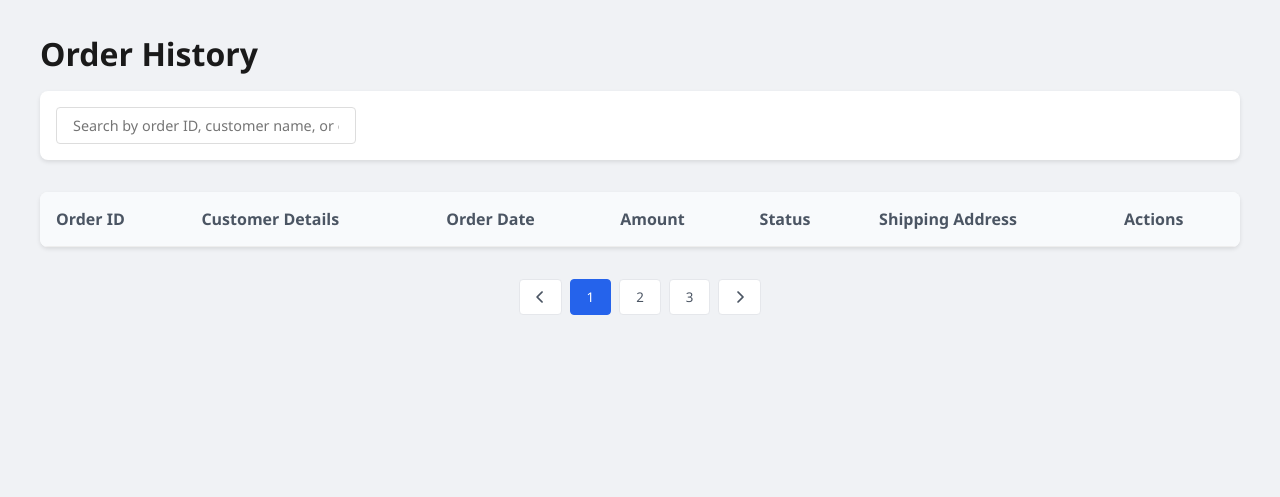
Repository: srikanth805/RevShopP2_Ecommerce
Page: http://localhost/orderHistoryForSeller
The author's editor kept a copy of each file at every save. The page is drawn from the files as they stood at one save, then again after the next save.
The browser window is 1280 px wide. The pictures show the whole page.
The page is this project's Thymeleaf template; nobody is signed in. The template is opened directly, without the code that normally fills it, so the values that code supplies are empty.

Above is the page before, as saved 2024-10-21 08:05:06.

After the next save:
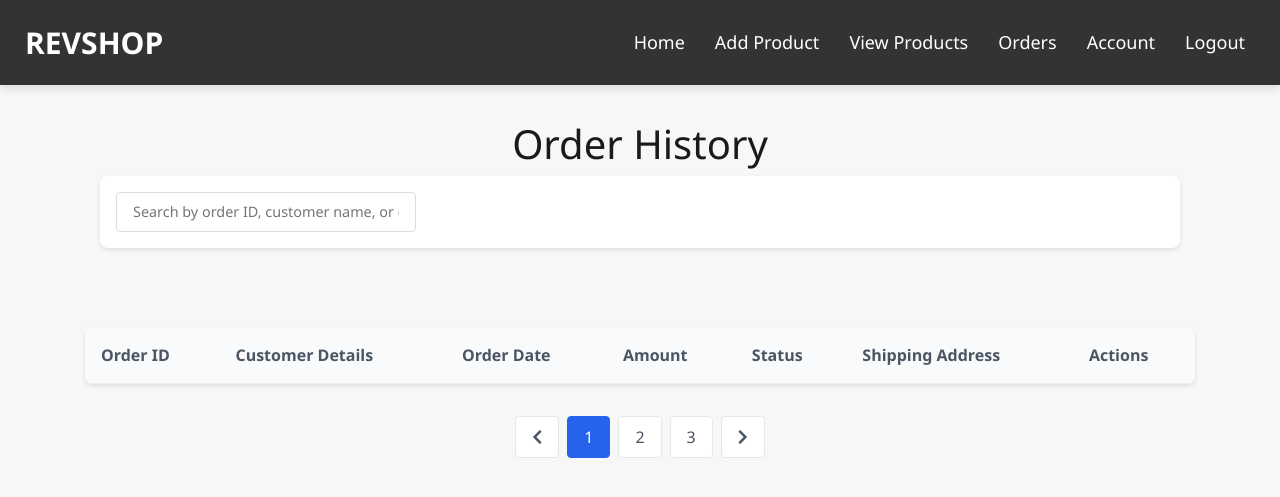
Saved 73 s later.
--- a/client-app/src/main/resources/templates/orderHistoryForSeller.html
+++ b/client-app/src/main/resources/templates/orderHistoryForSeller.html
@@ -211,6 +211,7 @@
     </style>
 </head>
 <body>
+<div th:include=@{/sellerNav.html}></div>
     <div class="container">
         <div class="header">
             <h1>Order History</h1>
